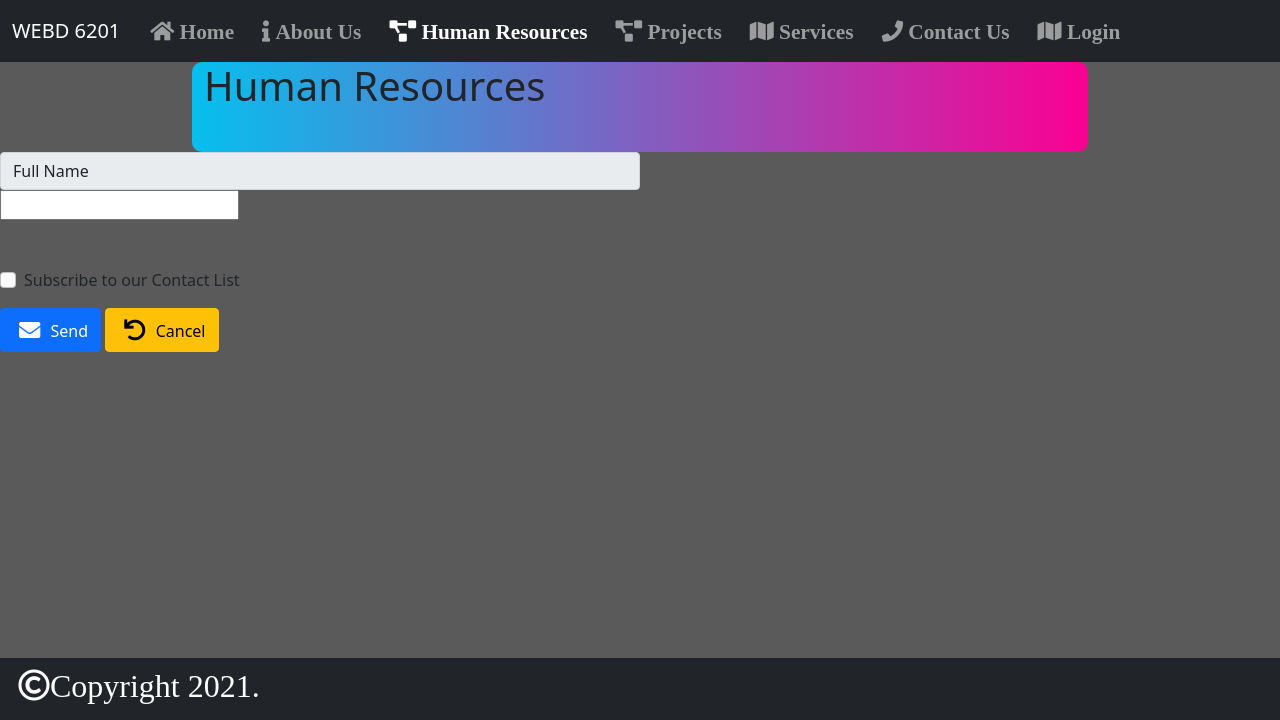
Repository: vans12345678/WEBD6201-W2021-Lab2
Page: human-resources.html
These files come from the project's save history. The page is drawn as it stood at one moment and after the next save; the edit follows.
The browser window is 1280 px wide. The pictures show the whole page.

Above is the page before, as saved 2021-03-06 18:47:05.

After the next save:
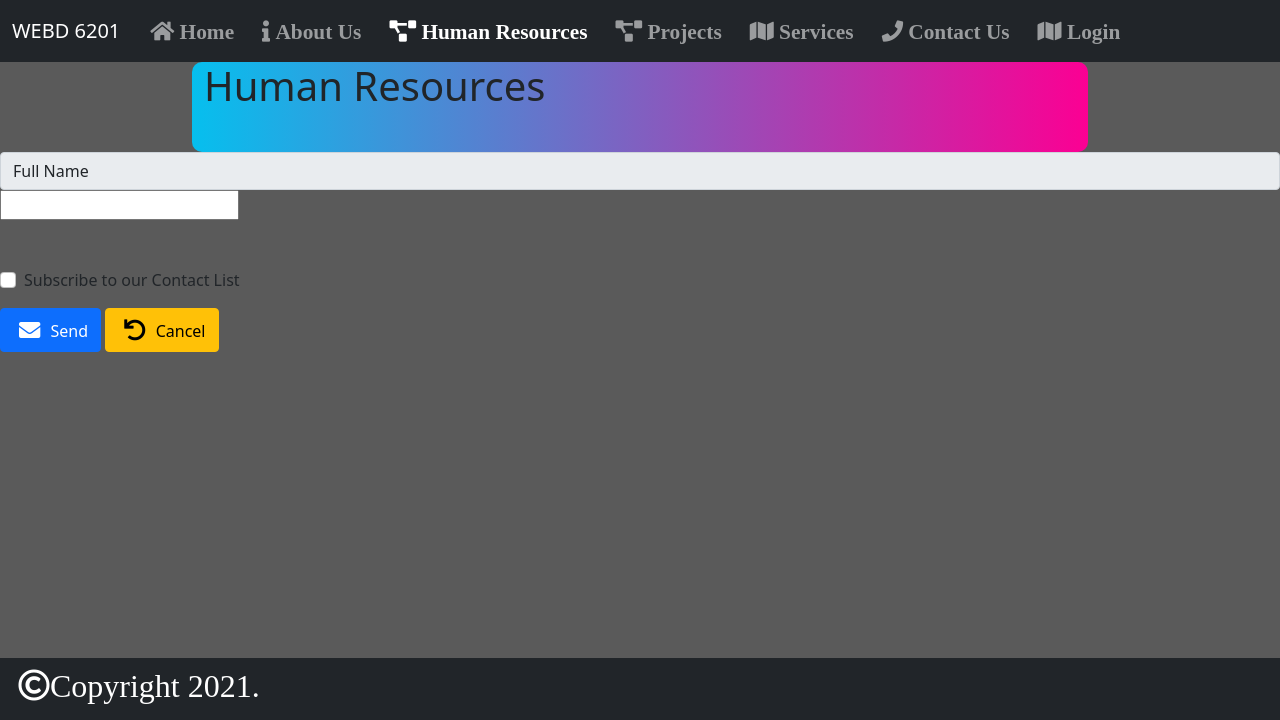
Saved 34 s later.
--- a/human-resources.html
+++ b/human-resources.html
@@ -52,13 +52,13 @@ Date: 02/05/2021
   <!-- Main Contents -->
     <main>
         <h1 class = "container">Human Resources</h1>
-        <form class="col-lg-6 col-md-10 col-sm-10">
+        <form >
 
-          <div class="mb-3">
+
             <span class="input-group-text" id="inputGroup-sizing-default">Full Name </span>
             <input id="fullName" type="text"
              required>
-          </div>
+
 
 
 
